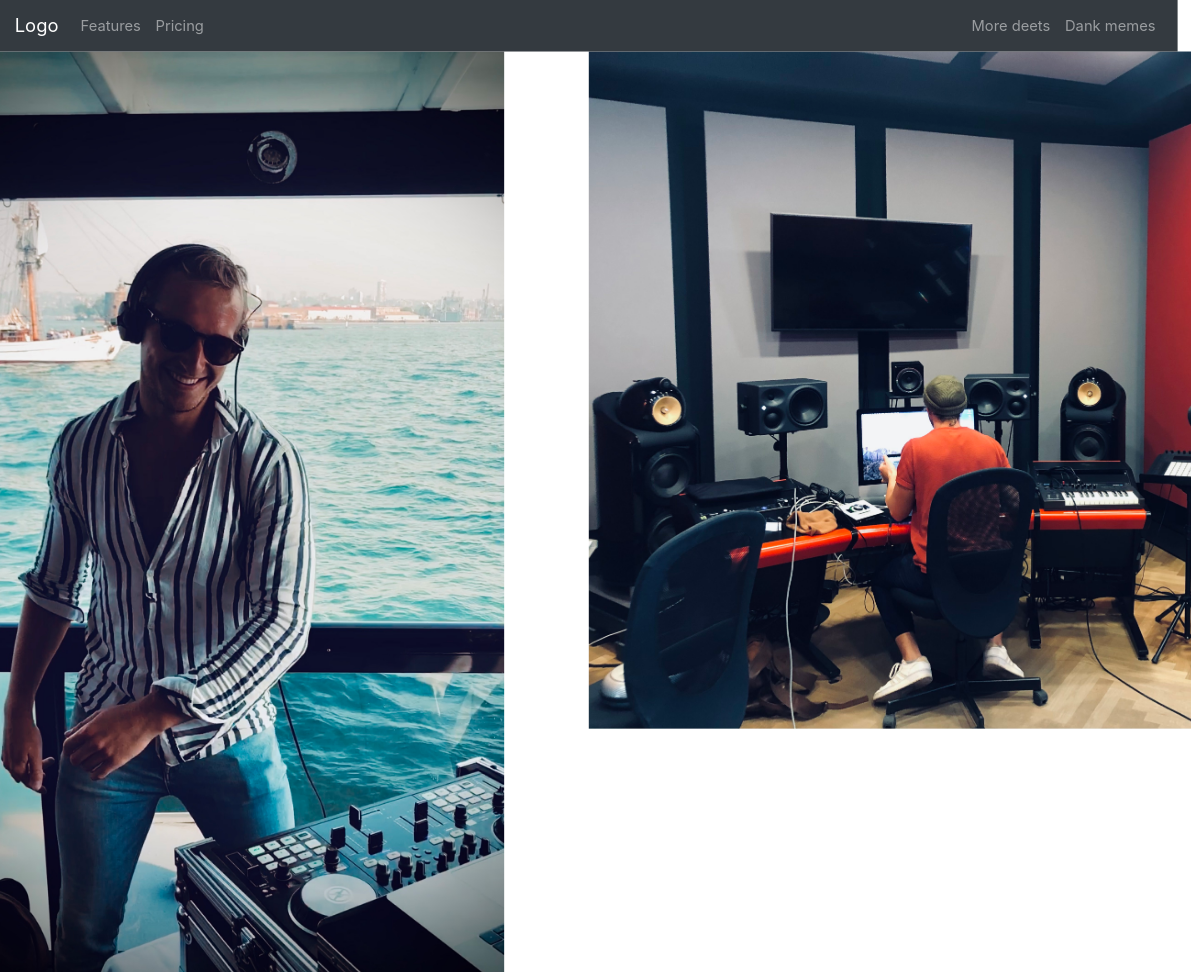
Repository: schweizercode/schweezzy
Page: /
These files come from the project's save history. The page is drawn as it stood at one moment and after a run of saves; the edit follows.
The browser window is 1280 px wide. The page is 1295 px wide, so the pictures cover 1295 px, including what lies to the right of the window. The pictures show the whole page, at 92% of full size.
The project was rebuilt for these pictures with package versions that can differ from the ones it lists, and the page was loaded fresh each time.

Above is the page before, as saved 2021-04-14 13:31:16.

### public/index.html
<!DOCTYPE html>
<html lang="en">

<head>
  <meta charset="utf-8" />
  <link rel="icon" href="%PUBLIC_URL%/favicon.ico" />
  <meta name="viewport" content="width=device-width, initial-scale=1" />
  <meta name="theme-color" content="#000000" />
  <meta name="description" content="Web site created using create-react-app" />
  <link rel="apple-touch-icon" href="%PUBLIC_URL%/logo192.png" />
  <link rel="stylesheet" href="https://cdn.jsdelivr.net/npm/bootstrap@4.6.0/dist/css/bootstrap.min.css"
    integrity="sha384-B0vP5xmATw1+K9KRQjQERJvTumQW0nPEzvF6L/Z6nronJ3oUOFUFpCjEUQouq2+l" crossorigin="anonymous" />
  <!--
      manifest.json provides metadata used when your web app is installed on a
      user's mobile device or desktop. See https://developers.google.com/web/fundamentals/web-app-manifest/
    -->
  <link rel="manifest" href="%PUBLIC_URL%/manifest.json" />
  <!--
      Notice the use of %PUBLIC_URL% in the tags above.
      It will be replaced with the URL of the `public` folder during the build.
      Only files inside the `public` folder can be referenced from the HTML.

      Unlike "/favicon.ico" or "favicon.ico", "%PUBLIC_URL%/favicon.ico" will
      work correctly both with client-side routing and a non-root public URL.
      Learn how to configure a non-root public URL by running `npm run build`.
    -->
  <title>React App</title>
</head>

<body>
  <noscript>You need to enable JavaScript to run this app.</noscript>
  <div id="root"></div>
  <!--
      This HTML file is a template.
      If you open it directly in the browser, you will see an empty page.

      You can add webfonts, meta tags, or analytics to this file.
      The build step will place the bundled scripts into the <body> tag.

      To begin the development, run `npm start` or `yarn start`.
      To create a production bundle, use `npm run build` or `yarn build`.
    -->
</body>

</html>

### src/App.js
import React from 'react';
import './App.css';
import Navbar from './Navbar.js';
import Mainpage from './Mainpage.js';


function App() {
  return (
    <div className="App">
      <Navbar />
      <Mainpage />

    </div>
  );
}

export default App;

### src/Navbar.js
import { React } from 'react';
import * as ReactBootStrap from 'react-bootstrap';


function Nav() {
    return (

        <>
            <ReactBootStrap.Navbar collapseOnSelect expand="lg" bg="dark" variant="dark">
                <ReactBootStrap.Navbar.Brand href="#home">Logo</ReactBootStrap.Navbar.Brand>
                <ReactBootStrap.Navbar.Toggle aria-controls="responsive-navbar-nav" />
                <ReactBootStrap.Navbar.Collapse id="responsive-navbar-nav">
                    <ReactBootStrap.Nav className="mr-auto">
                        <ReactBootStrap.Nav.Link href="#features">Features</ReactBootStrap.Nav.Link>
                        <ReactBootStrap.Nav.Link href="#pricing">Pricing</ReactBootStrap.Nav.Link>
                        {/* <ReactBootStrap.NavDropdown title="Dropdown" id="collasible-nav-dropdown">
                            <ReactBootStrap.NavDropdown.Item href="#action/3.1">Action</ReactBootStrap.NavDropdown.Item>
                            <ReactBootStrap.NavDropdown.Item href="#action/3.2">Another action</ReactBootStrap.NavDropdown.Item>
                            <ReactBootStrap.NavDropdown.Item href="#action/3.3">Something</ReactBootStrap.NavDropdown.Item>
                            <ReactBootStrap.NavDropdown.Divider />
                            <ReactBootStrap.NavDropdown.Item href="#action/3.4">Separated link</ReactBootStrap.NavDropdown.Item>
                        </ReactBootStrap.NavDropdown> */}
                    </ReactBootStrap.Nav>
                    <ReactBootStrap.Nav>
                        <ReactBootStrap.Nav.Link href="#deets">More deets</ReactBootStrap.Nav.Link>
                        <ReactBootStrap.Nav.Link eventKey={2} href="#memes">
                            Dank memes
      </ReactBootStrap.Nav.Link>
                    </ReactBootStrap.Nav>
                </ReactBootStrap.Navbar.Collapse>
            </ReactBootStrap.Navbar>
        </>

    );
}

export default Nav;

### src/Mainpage.js
import React from 'react';
import img1 from './images/dj.jpg';
import img2 from './images/producer.jpg';




function Mainpage() {
    return (

        <div class='row'>
            <div class='column'>
                <img src={img1} alt="" style={{ width: '43%', float: 'left', opacity: 'unset' }} />
                <img src={img2} alt="" style={{ width: '50%', float: 'right' }} />
            </div>
        </div>


    );
}



export default Mainpage;

Loaded but not shown: src/index.js (common file); src/index.css (common file); src/reportWebVitals.js (common file); src/App.css (common file)

After the next 4 saves:
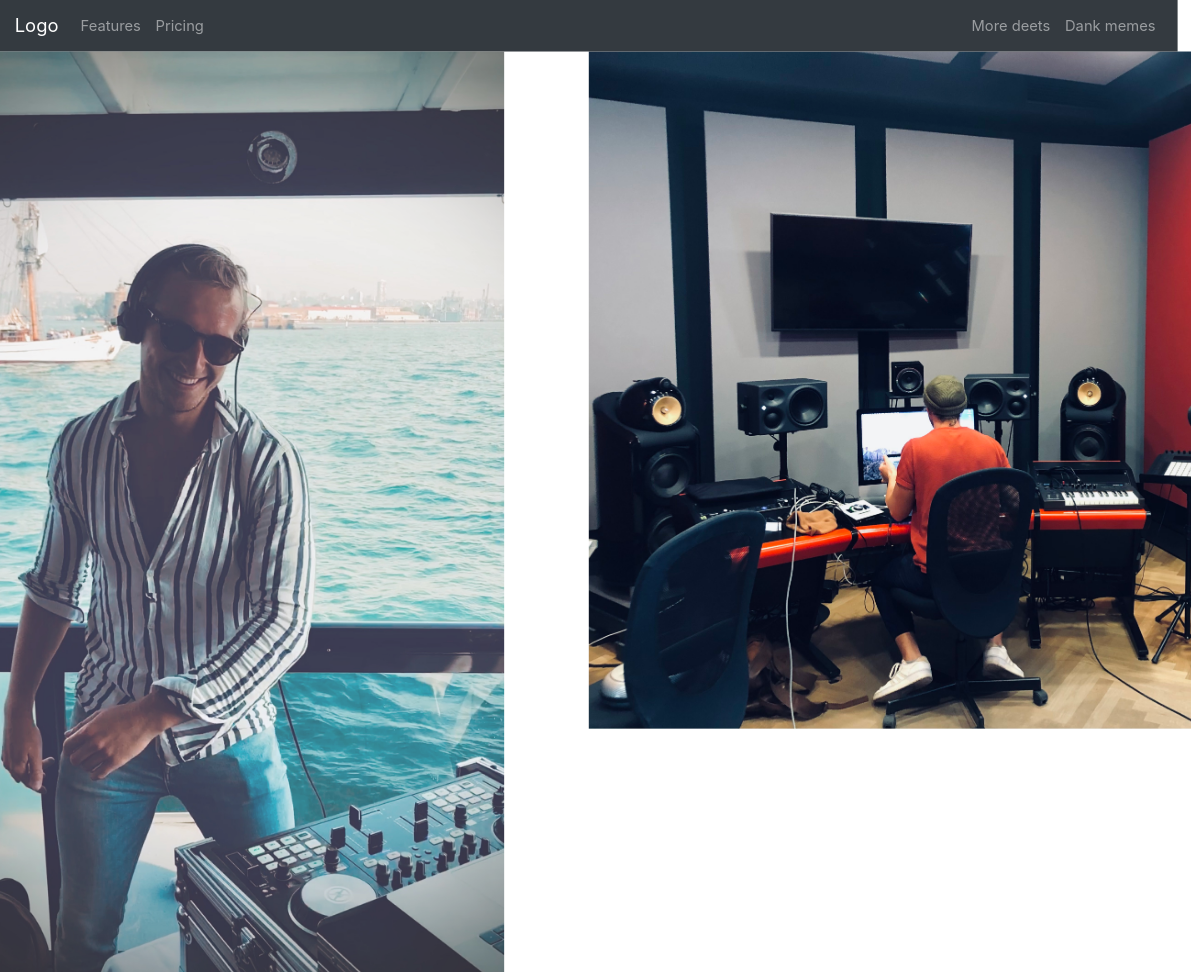
The 4 saves are shown as one change because they came seconds apart.
The last was saved 27 s later.
--- a/src/Mainpage.js
+++ b/src/Mainpage.js
@@ -10,7 +10,7 @@ function Mainpage() {
 
         <div class='row'>
             <div class='column'>
-                <img src={img1} alt="" style={{ width: '43%', float: 'left', opacity: 'unset' }} />
+                <img src={img1} alt="" style={{ width: '43%', float: 'left', opacity: '0.8' }} />
                 <img src={img2} alt="" style={{ width: '50%', float: 'right' }} />
             </div>
         </div>
